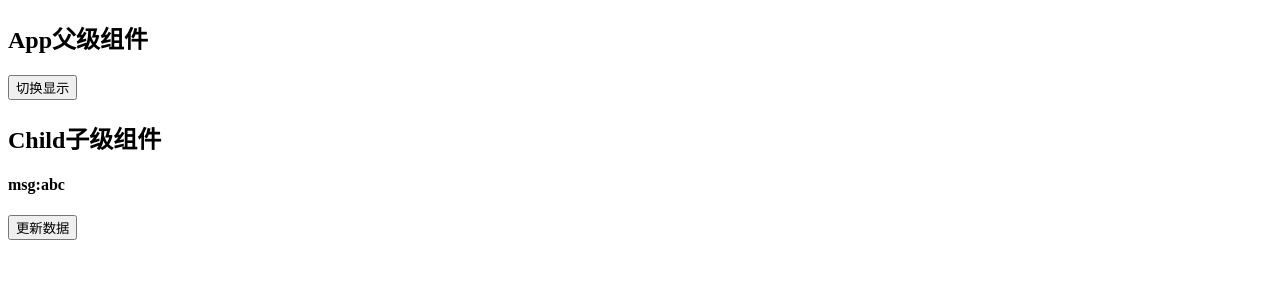
Repository: zhuhongxiang/Vue3.0-TSLeaning
Page: / (app in 04_Vue3/vue3_learning/)
An editor plug-in stored every save of this project. The page is shown before and after the next save, followed by the edit.
The browser window is 1280 px wide. The pictures show the whole page.
The project was rebuilt for these pictures with package versions that can differ from the ones it lists, and the page was loaded fresh each time.

Above is the page before, as saved 2021-07-26 16:00:08.

After the next save:
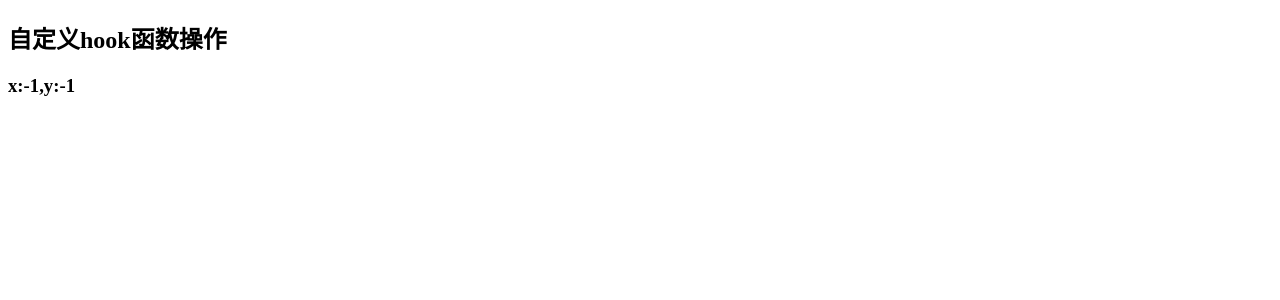
Saved 6 min 50 s later.
--- a/04_Vue3/vue3_learning/src/App.vue
+++ b/04_Vue3/vue3_learning/src/App.vue
@@ -1,20 +1,21 @@
 <template>
-  <h2>App父级组件</h2>
-  <button @click="isShow = !isShow">切换显示</button>
-  <Child v-if="isShow" />
+  <h2>自定义hook函数操作</h2>
+  <h3>x:{{ x }},y:{{ y }}</h3>
 </template>
 
 <script lang='ts'>
 import { defineComponent, reactive, ref } from "vue";
-import Child from "./components/Child.vue";
 export default defineComponent({
   name: "App",
   props: {},
-  components: { Child },
+  components: {},
+  // 需求1：用户在页面中点击页面，把点击的位置的横纵坐标收集并展示出来
   setup() {
-    const isShow = ref(true);
+    const x = ref(-1);
+    const y = ref(-1);
     return {
-      isShow,
+      x,
+      y,
     };
   },
 });
